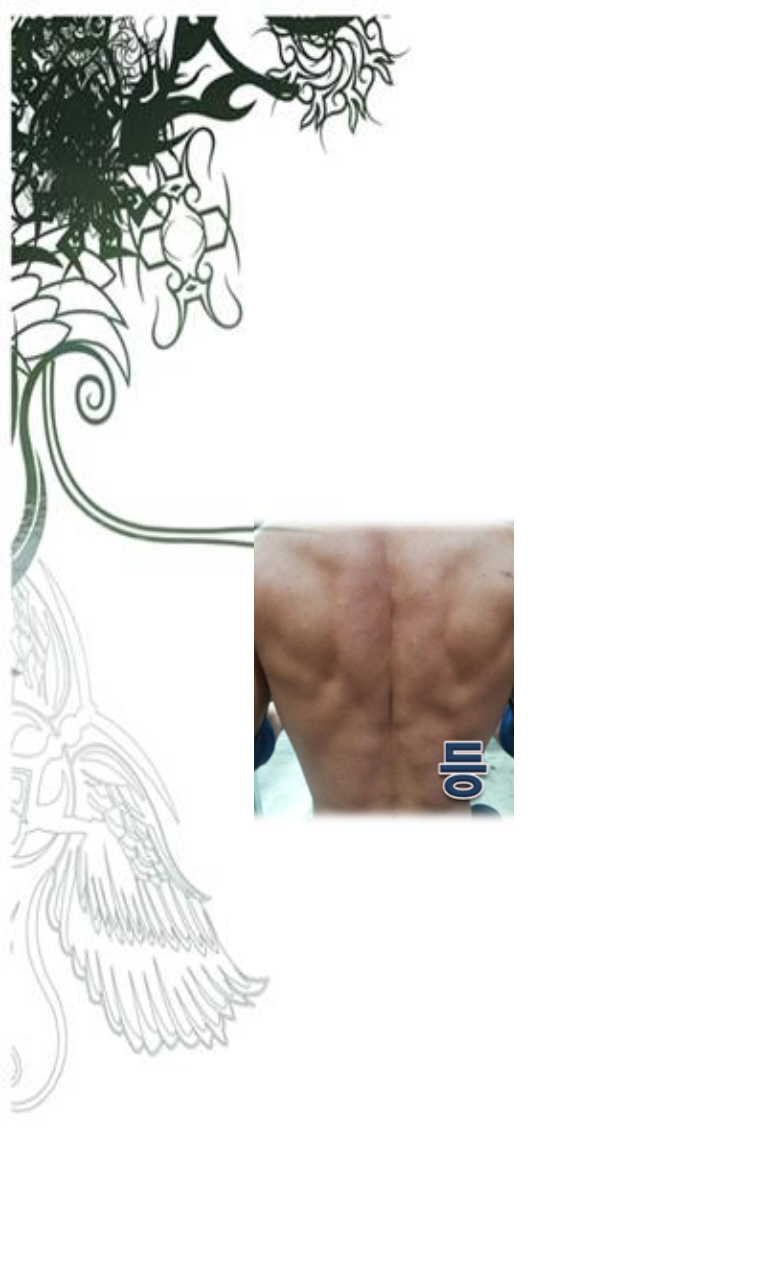
Repository: LewisLim579/2013TeamProject
Layout: PtsApp/res/layout/sangche.xml
These files come from the project's save history. The layout is drawn as it stood at one moment and after the next save; the edit follows.
It is drawn on a 768 x 1280 px phone screen (xhdpi) without system bars, with theme android:Theme.NoTitleBar.Fullscreen; the app's code is not run.

Above is the layout before, as saved 2013-05-26 12:00:16.

After the next save:
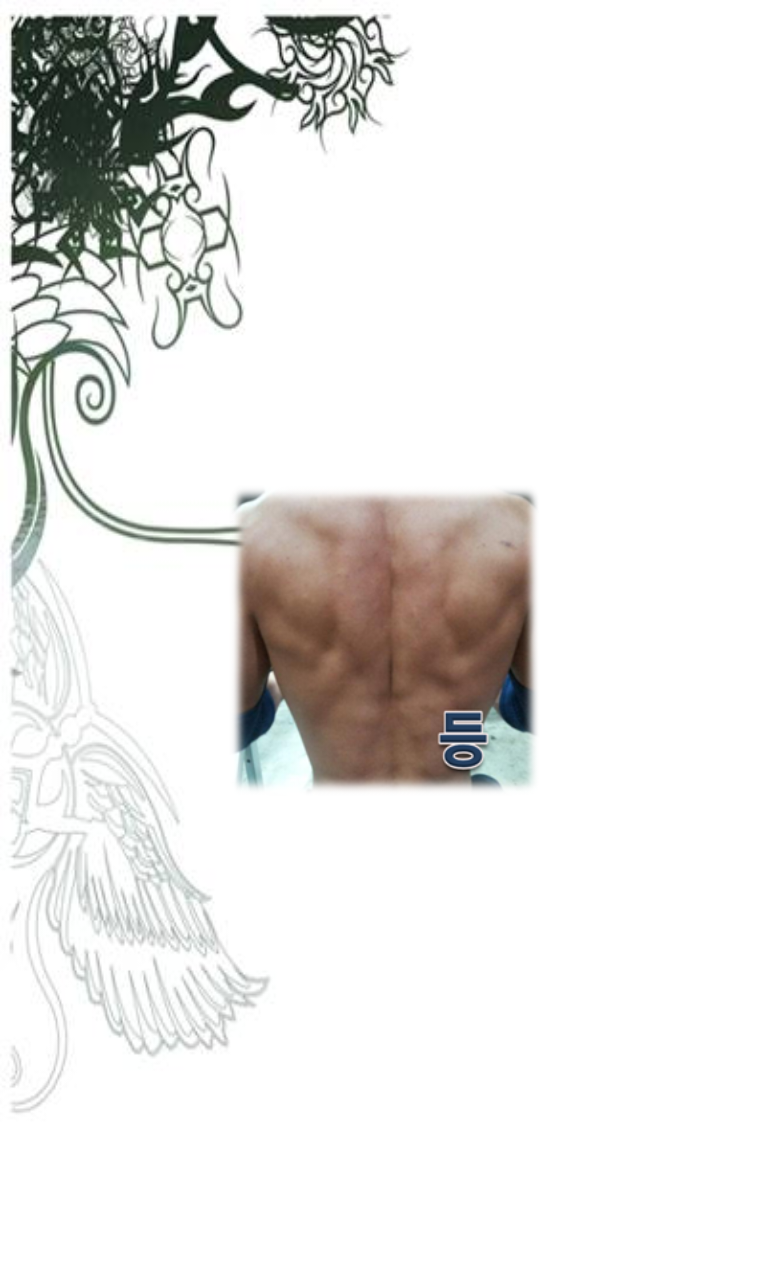
Saved 47 s later.
--- a/PtsApp/res/layout/sangche.xml
+++ b/PtsApp/res/layout/sangche.xml
@@ -7,16 +7,15 @@
 
     <ImageButton
             android:id="@+id/s1"
-            android:layout_width="130dp"
+            android:layout_width="170dp"
             android:layout_height="match_parent"
-            android:layout_marginTop="30dp"
             android:layout_gravity="center"
             android:background="#00000000"
             android:src="@drawable/s1" />
 
 <ImageButton
             android:id="@+id/s2"
-            android:layout_width="130dp"
+            android:layout_width="170dp"
             android:layout_height="match_parent"
             android:layout_gravity="center"
             android:background="#00000000"
@@ -24,7 +23,7 @@
 
 <ImageButton
             android:id="@+id/s3"
-            android:layout_width="130dp"
+            android:layout_width="170dp"
             android:layout_height="match_parent"
             android:layout_gravity="center"
             android:background="#00000000"
@@ -32,7 +31,7 @@
 
 <ImageButton
             android:id="@+id/s4"
-            android:layout_width="130dp"
+            android:layout_width="170dp"
             android:layout_height="match_parent"
             android:layout_gravity="center"
             android:background="#00000000"
@@ -40,7 +39,7 @@
 
 <ImageButton
             android:id="@+id/s5"
-            android:layout_width="130dp"
+            android:layout_width="170dp"
             android:layout_height="match_parent"
             android:layout_gravity="center"
             android:background="#00000000"
